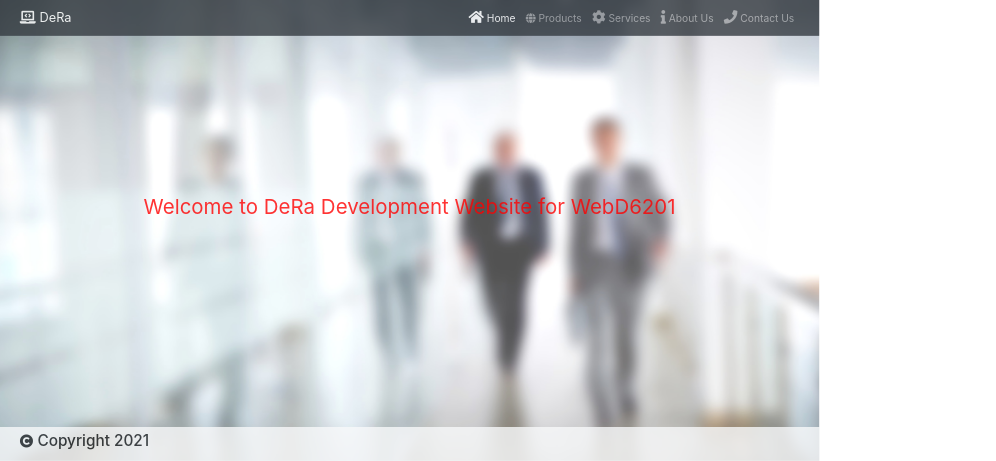
Repository: deividwsantoss/web6201-Lab1
Page: index.html
These files come from the project's save history. The page is drawn as it stood at one moment and after the next save; the edit follows.
The browser window is 1280 px wide. The page is 1280 px wide, then 1556 px, then 1280 px, so the pictures cover 1556 px, including what lies to the right of the window. The pictures show the whole page, at 64% of full size.

Above is the page before, as saved 2021-02-03 08:14:59.
Console error (its wording comes from the project's code and is left out).

After the next save:
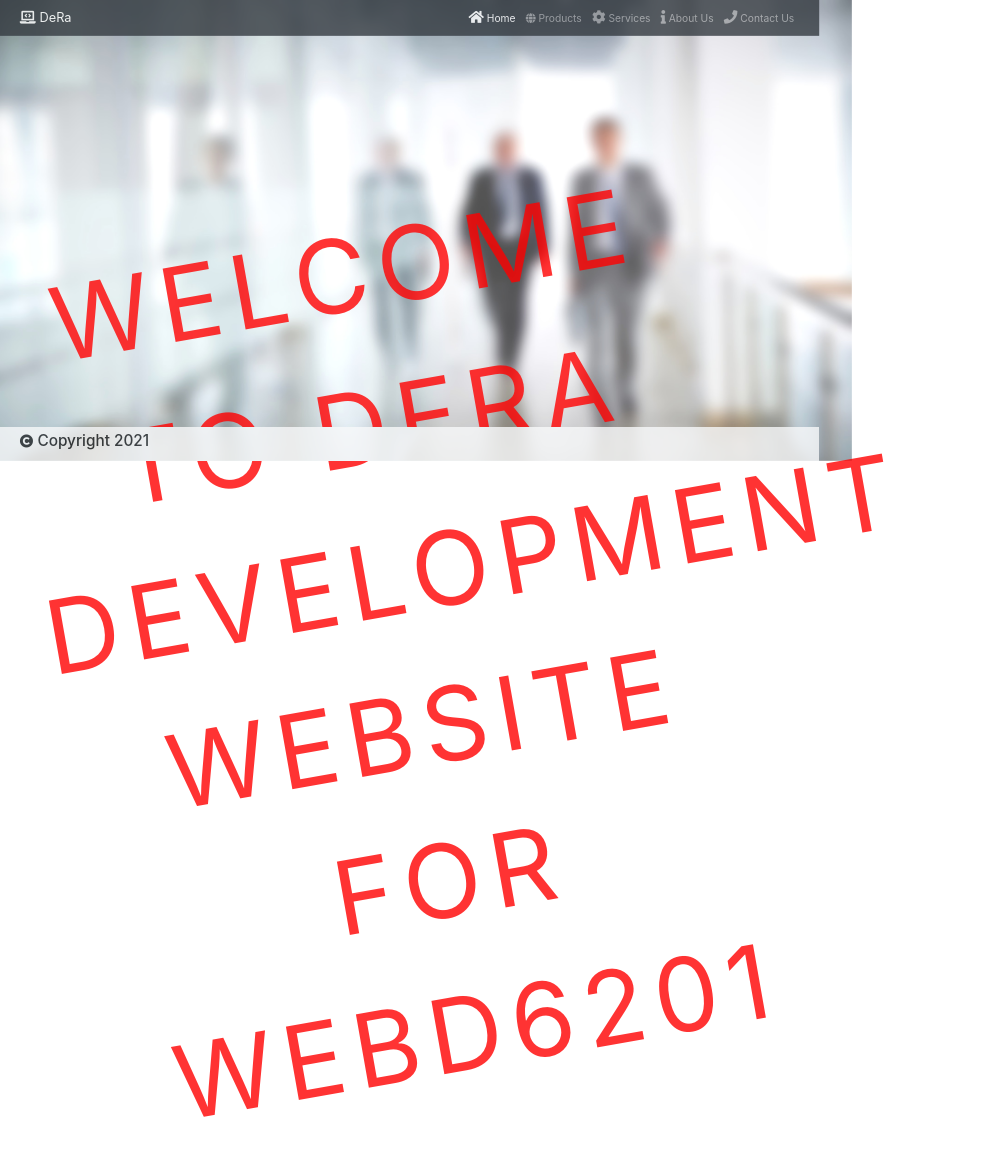
Saved 2 min 20 s later.
--- a/Content/app.css
+++ b/Content/app.css
@@ -45,5 +45,21 @@ body,html{
     color: red;
     font-size: 200%;
     margin-top: 22%;
-
+    position: relative;
+  z-index: 2;
+  font-size: 10em;
+  letter-spacing: 15px;
+  text-transform: uppercase;
+  transform: rotate(-10deg);
+  text-shadow: 1px 1px hsl(50, 50%, 45%),
+               2px 2px hsl(50, 50%, 40%),
+               3px 3px hsl(50, 50%, 35%),
+               4px 4px hsl(50, 50%, 34%),
+               5px 5px hsl(50, 50%, 33%),
+               6px 6px hsl(50, 50%, 32%),
+               7px 7px hsl(50, 50%, 31%),
+               8px 8px hsl(50, 50%, 30%),
+               9px 9px hsl(50, 50%, 29%),
+               10px 10px hsl(50, 50%, 28%),
+               10px 10px 30px rgba(0,0,0,.7),
 }

After the save that followed:
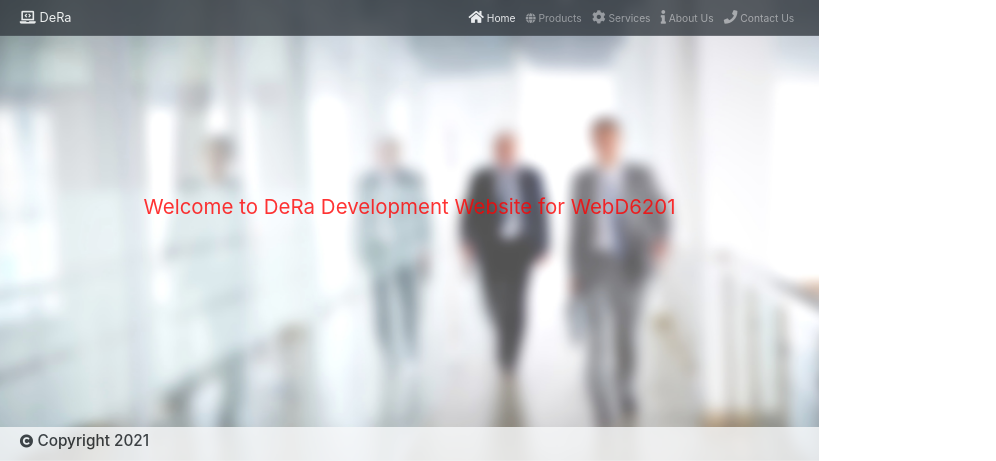
Saved 17 s later.
--- a/Content/app.css
+++ b/Content/app.css
@@ -45,21 +45,5 @@ body,html{
     color: red;
     font-size: 200%;
     margin-top: 22%;
-    position: relative;
-  z-index: 2;
-  font-size: 10em;
-  letter-spacing: 15px;
-  text-transform: uppercase;
-  transform: rotate(-10deg);
-  text-shadow: 1px 1px hsl(50, 50%, 45%),
-               2px 2px hsl(50, 50%, 40%),
-               3px 3px hsl(50, 50%, 35%),
-               4px 4px hsl(50, 50%, 34%),
-               5px 5px hsl(50, 50%, 33%),
-               6px 6px hsl(50, 50%, 32%),
-               7px 7px hsl(50, 50%, 31%),
-               8px 8px hsl(50, 50%, 30%),
-               9px 9px hsl(50, 50%, 29%),
-               10px 10px hsl(50, 50%, 28%),
-               10px 10px 30px rgba(0,0,0,.7),
+
 }
